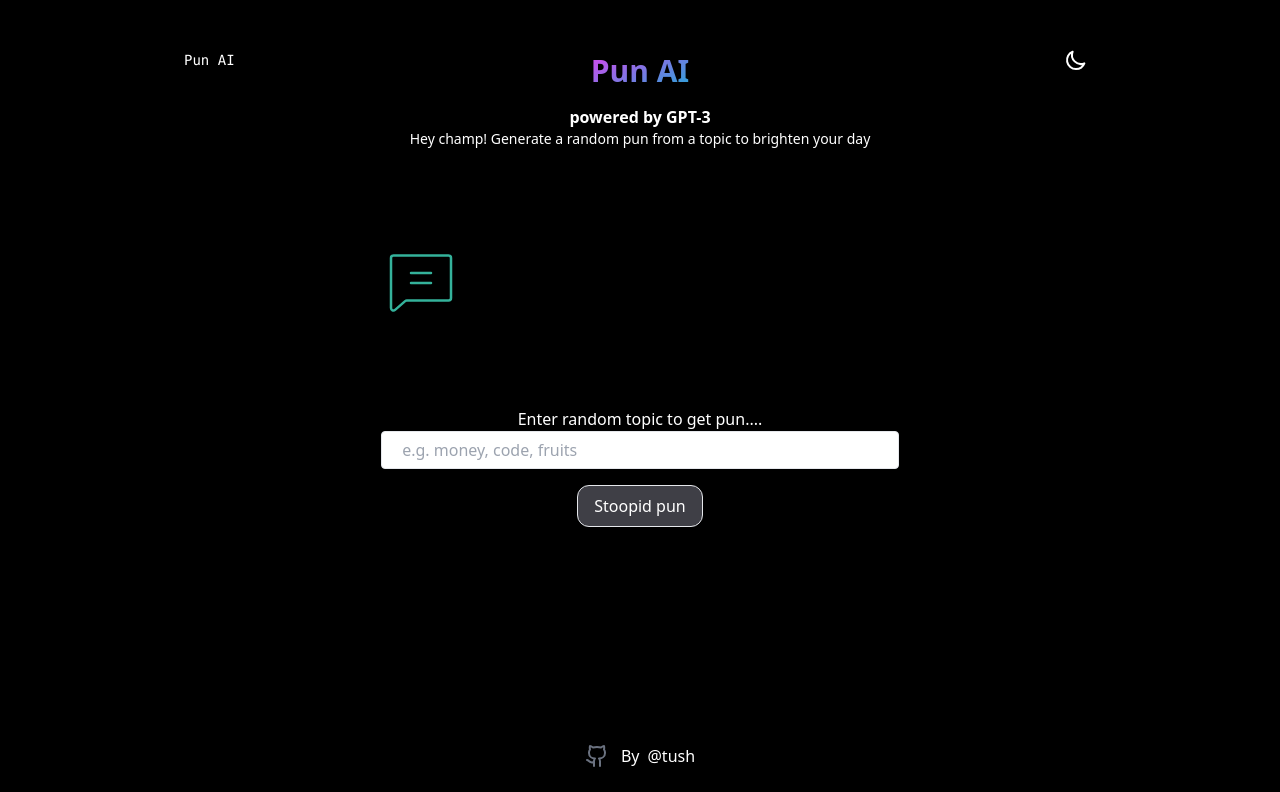
Repository: tushcmd/next-puns-ai
Page: /
These files come from the project's save history. The page is drawn as it stood at one moment and after the next save; the edit follows.
The browser window is 1280 px wide. The pictures show the whole page.
The project was rebuilt for these pictures with package versions that can differ from the ones it lists, and the page was loaded fresh each time. The framework's server and built-in components were replaced by stand-ins that run in the browser. Also part of the build but not shown: next.config.mjs, app/components/Spinner.tsx.

Above is the page before, as saved 2024-03-08 07:01:37.

### app/layout.tsx
import type { Metadata } from "next";
import { Inter } from "next/font/google";
import "./globals.css";
import { Providers } from './components/providers'

const inter = Inter({ subsets: ["latin"] });

export const metadata: Metadata = {
  title: "Create Next App",
  description: "Generated by create next app",
};

export default function RootLayout({
  children,
}: Readonly<{
  children: React.ReactNode;
}>) {
  return (
    <html lang="en">
      <body className={`bg-background text-color {inter.className} w-full overflow-y-visible overflow-x-hidden`}>
        <Providers>
          {children}
        </Providers>

      </body>
    </html>
  );
}

### app/page.tsx
import Footer from "./components/footer";
import Header from "./components/header";
import Hero from "./components/hero";



export default function Home() {

  return (
    <main className="flex min-h-screen flex-col items-center">
      <Header />
      <Hero />
      <Footer />
    </main>
  );
}



 {/* async function handleSubmit(e: FormEvent:<HTMLFormElement>) {
    return ;
  }    */}

{/*Nav*/}
{/*
      <div className="z-10 max-w-5xl w-full items-center justify-between font-mono text-sm lg:flex">
        <p className="fixed left-0 top-0 flex w-full justify-center border-b border-gray-300 bg-gradient-to-b from-zinc-200 py-2 backdrop-blur-2xl dark:border-neutral-800 dark:bg-zinc-800/30 dark:from-inherit lg:static lg:w-auto  lg:rounded-xl lg:border lg:bg-gray-200 lg:p-0 lg:dark:bg-zinc-800/30">
          Pun AI
        </p>

        <div className="fixed bottom-0 left-0 flex h-48 w-full items-end justify-center bg-gradient-to-t from-white via-white dark:from-black dark:via-black lg:static lg:h-auto lg:w-auto lg:bg-none">
          {/*<div>
            Dak
       </div>
          <a
            className="pointer-events-none flex place-items-center gap-2 p-8 lg:pointer-events-auto lg:p-0"
            href="https://tushdev.co/"
            target="_blank"
            rel="noopener noreferrer"
          >
            By{" "}
            <p>@tush</p>
          </a>
        </div>
      </div>

      <div className="relative flex flex-col place-items-center before:absolute before:h-[300px] before:w-full sm:before:w-[480px] before:-translate-x-1/2 before:rounded-full before:bg-gradient-radial before:from-white before:to-transparent before:blur-2xl before:content-[''] after:absolute after:-z-20 after:h-[180px] after:w-full sm:after:w-[240px] after:translate-x-1/3 after:bg-gradient-conic after:from-sky-200 after:via-blue-200 after:blur-2xl after:content-[''] before:dark:bg-gradient-to-br before:dark:from-transparent before:dark:to-blue-700 before:dark:opacity-10 after:dark:from-sky-900 after:dark:via-[#0141ff] after:dark:opacity-40 before:lg:h-[360px] z-[-1]">
        <p className="p-4 lg:pb-8 text-xl">
          Generate a random pun from a topic to brighten your day <br /> with Pun AI
        </p>
        <svg
          xmlns="http://www.w3.org/2000/svg"
          width="156"
          height="156"
          viewBox="0 0 24 24"
          fill="none"
          stroke="#FFFFFF"
          stroke-width="2"
          stroke-linecap="round"
          stroke-linejoin="round"
          className="lucide lucide-smile"><circle cx="12" cy="12" r="10" /><path d="M8 14s1.5 2 4 2 4-2 4-2" /><line x1="9" x2="9.01" y1="9" y2="9" /><line x1="15" x2="15.01" y1="9" y2="9"
          />
        </svg>
      </div>

      <form className="flex flex-col justify-between mb-32 text-center lg:max-w-3xl lg:w-full lg:mb-0 lg:grid-cols-4">
        <div className='w-full mb-4'>
          <label className="block items-center justify-center mb-4" htmlFor="prompt-input">
            Enter random topic to get pun...
          </label>
          <input
            className="shadow appearance-none border rounded w-full py-2 px-3 text-gray-700 leading-tight focus:outline-none focus:shadow-outline"
            id="prompt-input"
            type="text"
            placeholder="e.g. money, code, fruits">
          </input>
        </div>
        <button
          type="submit"
          className="bg-blue-500 hover:bg-blue-700 text-white font-bold py-2 px-4 rounded focus:outline-none focus:shadow-outline"
        >
          Generate Pun
        </button>
      </form> */}

### app/globals.css
@tailwind base;
@tailwind components;
@tailwind utilities;


@layer base {
  :root {
    --foreground-rgb: 255, 255, 255;
    --background-start-rgb: 0, 0, 0;
    --background-end-rgb: 0, 0, 0;
  }

  [data-theme="dark"] {
    --foreground-rgb: 0, 0, 0;
    --background-start-rgb: 214, 219, 220;
    --background-end-rgb: 255, 255, 255;
  }


}


* {
  scroll-behavior: smooth;
}


body {
  color: rgb(var(--foreground-rgb));
  background: linear-gradient(
      to bottom,
      transparent,
      rgb(var(--background-end-rgb))
    )
    rgb(var(--background-start-rgb));
}

@layer utilities {
  .text-balance {
    text-wrap: balance;
  }
}

### app/components/providers.tsx
// app/providers.jsx

'use client'

import { ThemeProvider } from 'next-themes'
import React from 'react'

interface ProvidersProps {
  children: React.ReactNode;
}

export function Providers({ children }: ProvidersProps) {
  return <ThemeProvider>{children}</ThemeProvider>
}

### app/components/footer.tsx
import Link from "next/link";


export default function Footer() {
    return (
        <div className="inline-flex p-6 max-w-3xl gap-3 items-center text-center">
            <div>
                <Link
                    href="https://github.com/#"
                    target="_blank"
                    rel="noreferrer"
                    className="text-gray-500 hover:text-gray-900 dark:text-gray-400 dark:hover:text-gray-200"
                >
                    <svg xmlns="http://www.w3.org/2000/svg" width="24" height="24" viewBox="0 0 24 24" fill="none" stroke="currentColor" stroke-width="2" stroke-linecap="round" stroke-linejoin="round" className="lucide lucide-github"><path d="M15 22v-4a4.8 4.8 0 0 0-1-3.5c3 0 6-2 6-5.5.08-1.25-.27-2.48-1-3.5.28-1.15.28-2.35 0-3.5 0 0-1 0-3 1.5-2.64-.5-5.36-.5-8 0C6 2 5 2 5 2c-.3 1.15-.3 2.35 0 3.5A5.403 5.403 0 0 0 4 9c0 3.5 3 5.5 6 5.5-.39.49-.68 1.05-.85 1.65-.17.6-.22 1.23-.15 1.85v4" /><path d="M9 18c-4.51 2-5-2-7-2" /></svg>
                </Link>
            </div>
            <Link
                className="pointer-events-none flex place-items-center gap-2 px-8 lg:pointer-events-auto lg:p-0"
                href="https://tushdev.co/"
                target="_blank"
                rel="noopener noreferrer"
            >
                By{" "}
                <p>@tush</p>
            </Link>

        </div>
    )
}

### app/components/header.tsx
import Link from "next/link";
import ThemeSwitchButton from "./ThemeSwitchButton";

export default function Header() {
    return (
        <header className="fixed flex justify-center items-center w-full t-0 md:pb-4 md:pt-4 backdrop-blur-2xl">
            <div className="flex flex-row items-center w-full p-6 md:max-w-5xl justify-between font-mono text-sm">
                <Link
                    className="px-2 md:px-8"
                    href='/'
                >
                    Pun AI
                </Link>

                <div className="px-2 md:px-8">
                    <ThemeSwitchButton />
                </div>
            </div>
        </header>


    );
}


{/*<header className = 'fixed flex justify-center items-center w-full z-50 t-0 border-gray-300 bg-gradient-to-b from-zinc-200 pb-6 pt-8 backdrop-blur-2xl dark:border-neutral-800 dark:bg-zinc-800/30 dark:from-inherit lg:static  lg:rounded-xl lg:border lg:bg-gray-200 lg:p-4 lg:dark:bg-zinc-800/30'>
            <div className="flex items-start md:max-w-5xl py-3 w-auto md:px-5 px-5 justify-start font-mono text-sm">
                <Link href='/' className=''> Pun AI</Link>
            </div>
        </header> */}

{/*} <div className="flex flex-row z-10 max-w-5xl w-full items-center justify-between font-mono text-sm">
            <p className="fixed left-0 top-0 flex items-start border-b border-gray-300 bg-gradient-to-b from-zinc-200 pb-6 pt-8 backdrop-blur-2xl dark:border-neutral-800 dark:bg-zinc-800/30 dark:from-inherit lg:static w-auto  lg:rounded-xl lg:border lg:bg-gray-200 lg:p-4 lg:dark:bg-zinc-800/30">
                Pun AI
            </p>
            <p>h2</p>
        </div> */}

### app/components/hero.tsx
'use client'

import { useState, FormEvent } from "react";
import Spinner from "./Spinner";




export default function Hero() {

    const [pun, setPun] = useState("");
    const [punLoading, setPunLoading] = useState(false);
    const [punLoadingError, setPunLoadingError] = useState(false);

    async function handleSubmit(e: FormEvent<HTMLFormElement>) {
        e.preventDefault();
        const formData = new FormData(e.target as HTMLFormElement);
        const prompt = formData.get("prompt")?.toString().trim();

        if (prompt) {
            try {
                setPun("");
                setPunLoadingError(false);
                setPunLoading(true);

                const response = await fetch("/api/cringe?prompt=" + encodeURIComponent(prompt));
                const body = await response.json();
                setPun(body.pun);
            } catch (error) {
                console.error(error);
                setPunLoadingError(true);
            } finally {
                setPunLoading(false);
            }
        }
    }



    return (
        <div className="flex flex-col relative justify-center items-center h-screen md:py-10 py-6 overflow-wrap max-w-3xl px-5">
            <p className="text-3xl font-bold pb-4 bg-gradient-to-br from-fuchsia-500 to-cyan-500 bg-clip-text text-transparent">Pun AI</p>
            <p className="text-base font-bold">powered by GPT-3</p>
            <div className="text-sm">Hey champ! Generate a random pun from a topic to brighten your day</div>
            <div className='mx-[2rem] relative w-full flex items-center aspect-[10/5]'>
                <svg xmlns="http://www.w3.org/2000/svg" width="80" height="80" fill="#34b29b" viewBox="0 0 256 256"><path d="M216,52H40A12,12,0,0,0,28,64V224a11.89,11.89,0,0,0,6.93,10.88A12.17,12.17,0,0,0,40,236a11.89,11.89,0,0,0,7.69-2.83l.06-.06,32.14-28.17A4,4,0,0,1,82.5,204H216a12,12,0,0,0,12-12V64A12,12,0,0,0,216,52Zm4,140a4,4,0,0,1-4,4H82.5a12.1,12.1,0,0,0-7.79,2.87l-32.16,28.2A4,4,0,0,1,36,224V64a4,4,0,0,1,4-4H216a4,4,0,0,1,4,4Zm-56-80a4,4,0,0,1-4,4H96a4,4,0,0,1,0-8h64A4,4,0,0,1,164,112Zm0,32a4,4,0,0,1-4,4H96a4,4,0,0,1,0-8h64A4,4,0,0,1,164,144Z"></path></svg>
            </div>
            <form onSubmit={handleSubmit} className='flex flex-col justify-between mb-32 text-center items-center'>
                <div className='mb-4'>
                    <label
                        className="pb-8"
                    >
                        Enter random topic to get pun....
                    </label>
                    <input
                        className="shadow appearance-none border rounded w-full py-2 px-5 bg-white text-black dark:text-white leading-tight focus:outline-none focus:shadow-outline"
                        id="prompt-input"
                        type="text"
                        placeholder="e.g. money, code, fruits">
                    </input>
                </div>
                <button type='submit' className='mb-3 border static rounded-xl bg-zinc-700 py-2 px-4 hover:bg-zinc-400 dark:bg-white' disabled={punLoading}>
                    Stoopid pun
                </button>
            </form>

            {punLoading && <Spinner />}
            {punLoadingError && "Something went wrong. Please try again."}
            {pun && <h5>{pun}</h5>}
        </div>
    )
}

### app/components/ThemeSwitchButton.tsx
'use client'

import { useEffect, useState } from 'react';
import { useTheme } from 'next-themes';

export default function ThemeSwitchButton() {
    const [mounted, setMounted] = useState(false);
    const { resolvedTheme, setTheme } = useTheme();
    // After mounting, we have access to the theme
    useEffect(() => setMounted(true), []);

    return (

        <button
            aria-label="Toggle Dark Mode"
            type="button"
            className="w-10 h-10 flex items-center justify-center hover:bg-neutral-200 hover:dark:bg-neutral-600 rounded-full transition-all"
            onClick={() =>
                setTheme(resolvedTheme === "dark" ? "light" : "dark")
            }
        >
            {mounted && (
                <svg xmlns="http://www.w3.org/2000/svg"
                    fill="none"
                    viewBox="0 0 24 24"
                    strokeWidth="1.5"
                    stroke="currentColor"
                    className="w-6 h-6 switch">

                    {resolvedTheme === "dark" ? (
                        <path
                            strokeLinecap="round"
                            strokeLinejoin="round"
                            strokeWidth={2}
                            d="M12 3v1m0 16v1m9-9h-1M4 12H3m15.364 6.364l-.707-.707M6.343 6.343l-.707-.707m12.728 0l-.707.707M6.343 17.657l-.707.707M16 12a4 4 0 11-8 0 4 4 0 018 0z"
                        />

                    ) : (
                        <path
                            strokeLinecap="round"
                            strokeLinejoin="round"
                            strokeWidth={2}
                            d="M20.354 15.354A9 9 0 018.646 3.646 9.003 9.003 0 0012 21a9.003 9.003 0 008.354-5.646z"
                        />

                    )}
                </svg>
            )
            }
        </button >

    )
}

### tailwind.config.ts
import type { Config } from "tailwindcss";

const config: Config = {
  darkMode: "class",
  content: [
    "./pages/**/*.{js,ts,jsx,tsx,mdx}",
    "./components/**/*.{js,ts,jsx,tsx,mdx}",
    "./app/**/*.{js,ts,jsx,tsx,mdx}",
  ],
  theme: {
    extend: {
      backgroundImage: {
        "gradient-radial": "radial-gradient(var(--tw-gradient-stops))",
        "gradient-conic":
          "conic-gradient(from 180deg at 50% 50%, var(--tw-gradient-stops))",
      },

      screens: {
        sm: '480px',
        md: '768px',
        lg: '976px',
        xl: '1440px',
      },
    },
  },
  plugins: [],
};
export default config;

After the next save:
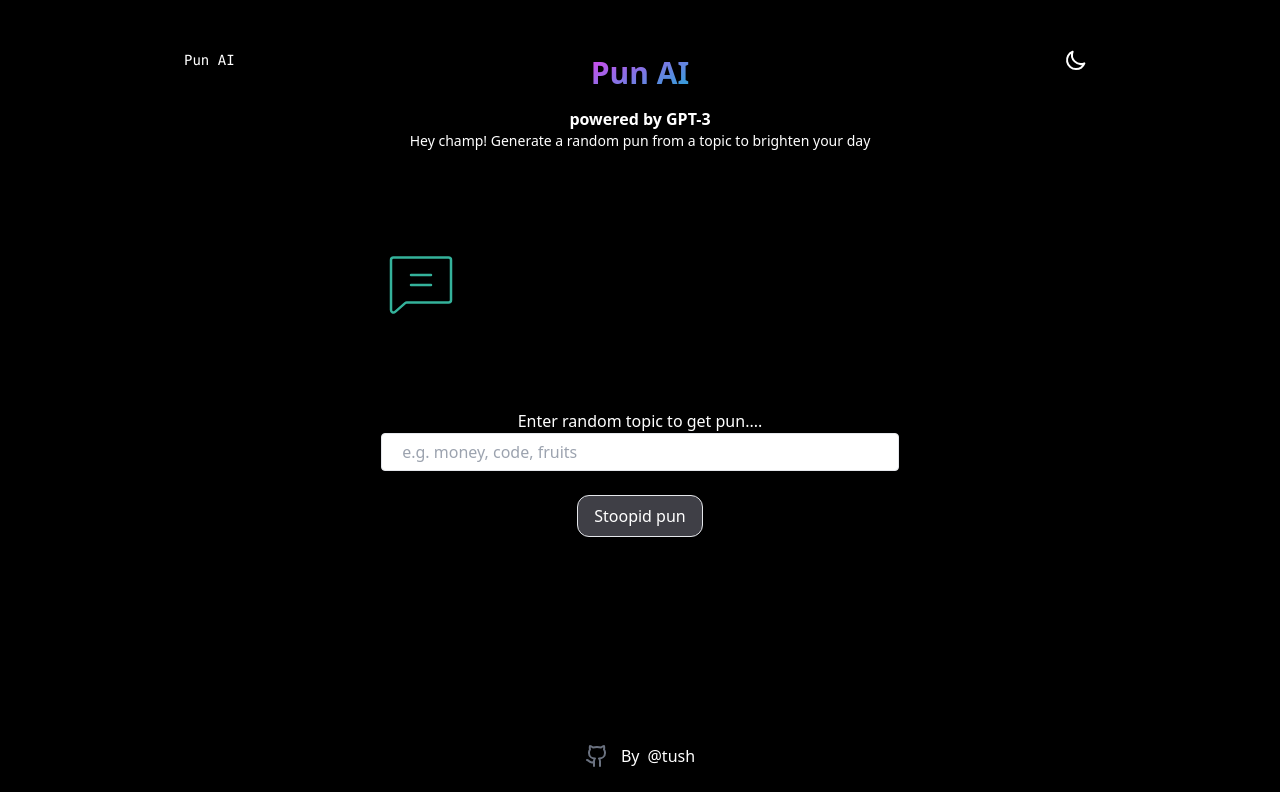
Saved 17 min 44 s later.
--- a/app/components/hero.tsx
+++ b/app/components/hero.tsx
@@ -45,7 +45,7 @@
             <div className='mx-[2rem] relative w-full flex items-center aspect-[10/5]'>
                 <svg xmlns="http://www.w3.org/2000/svg" width="80" height="80" fill="#34b29b" viewBox="0 0 256 256"><path d="M216,52H40A12,12,0,0,0,28,64V224a11.89,11.89,0,0,0,6.93,10.88A12.17,12.17,0,0,0,40,236a11.89,11.89,0,0,0,7.69-2.83l.06-.06,32.14-28.17A4,4,0,0,1,82.5,204H216a12,12,0,0,0,12-12V64A12,12,0,0,0,216,52Zm4,140a4,4,0,0,1-4,4H82.5a12.1,12.1,0,0,0-7.79,2.87l-32.16,28.2A4,4,0,0,1,36,224V64a4,4,0,0,1,4-4H216a4,4,0,0,1,4,4Zm-56-80a4,4,0,0,1-4,4H96a4,4,0,0,1,0-8h64A4,4,0,0,1,164,112Zm0,32a4,4,0,0,1-4,4H96a4,4,0,0,1,0-8h64A4,4,0,0,1,164,144Z"></path></svg>
             </div>
-            <form onSubmit={handleSubmit} className='flex flex-col justify-between mb-32 text-center items-center'>
+            <form onSubmit={handleSubmit} className='flex flex-col space-y-2 mb-32 text-center items-center'>
                 <div className='mb-4'>
                     <label
                         className="pb-8"

After the save that followed:
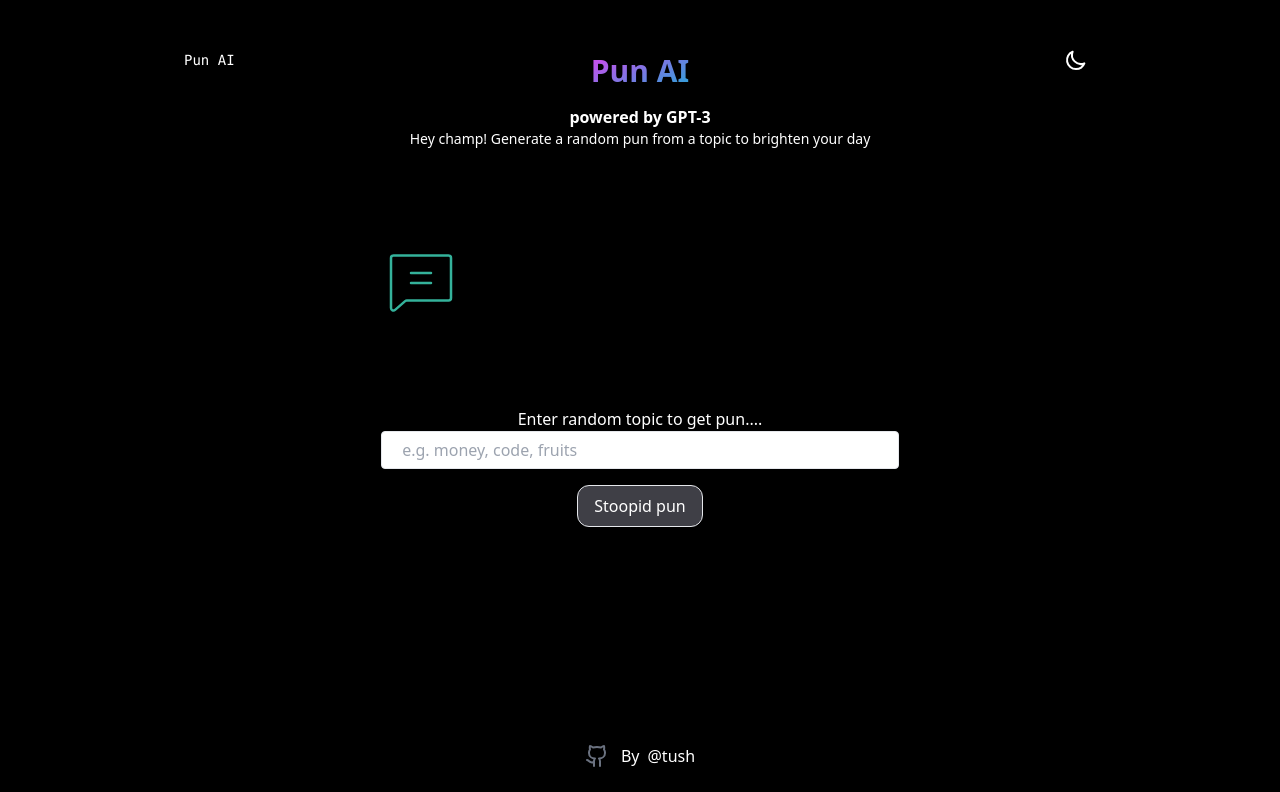
Saved 63 s later.
--- a/app/components/hero.tsx
+++ b/app/components/hero.tsx
@@ -45,7 +45,7 @@
             <div className='mx-[2rem] relative w-full flex items-center aspect-[10/5]'>
                 <svg xmlns="http://www.w3.org/2000/svg" width="80" height="80" fill="#34b29b" viewBox="0 0 256 256"><path d="M216,52H40A12,12,0,0,0,28,64V224a11.89,11.89,0,0,0,6.93,10.88A12.17,12.17,0,0,0,40,236a11.89,11.89,0,0,0,7.69-2.83l.06-.06,32.14-28.17A4,4,0,0,1,82.5,204H216a12,12,0,0,0,12-12V64A12,12,0,0,0,216,52Zm4,140a4,4,0,0,1-4,4H82.5a12.1,12.1,0,0,0-7.79,2.87l-32.16,28.2A4,4,0,0,1,36,224V64a4,4,0,0,1,4-4H216a4,4,0,0,1,4,4Zm-56-80a4,4,0,0,1-4,4H96a4,4,0,0,1,0-8h64A4,4,0,0,1,164,112Zm0,32a4,4,0,0,1-4,4H96a4,4,0,0,1,0-8h64A4,4,0,0,1,164,144Z"></path></svg>
             </div>
-            <form onSubmit={handleSubmit} className='flex flex-col space-y-2 mb-32 text-center items-center'>
+            <form onSubmit={handleSubmit} className='flex flex-col mb-32 text-center items-center'>
                 <div className='mb-4'>
                     <label
                         className="pb-8"
